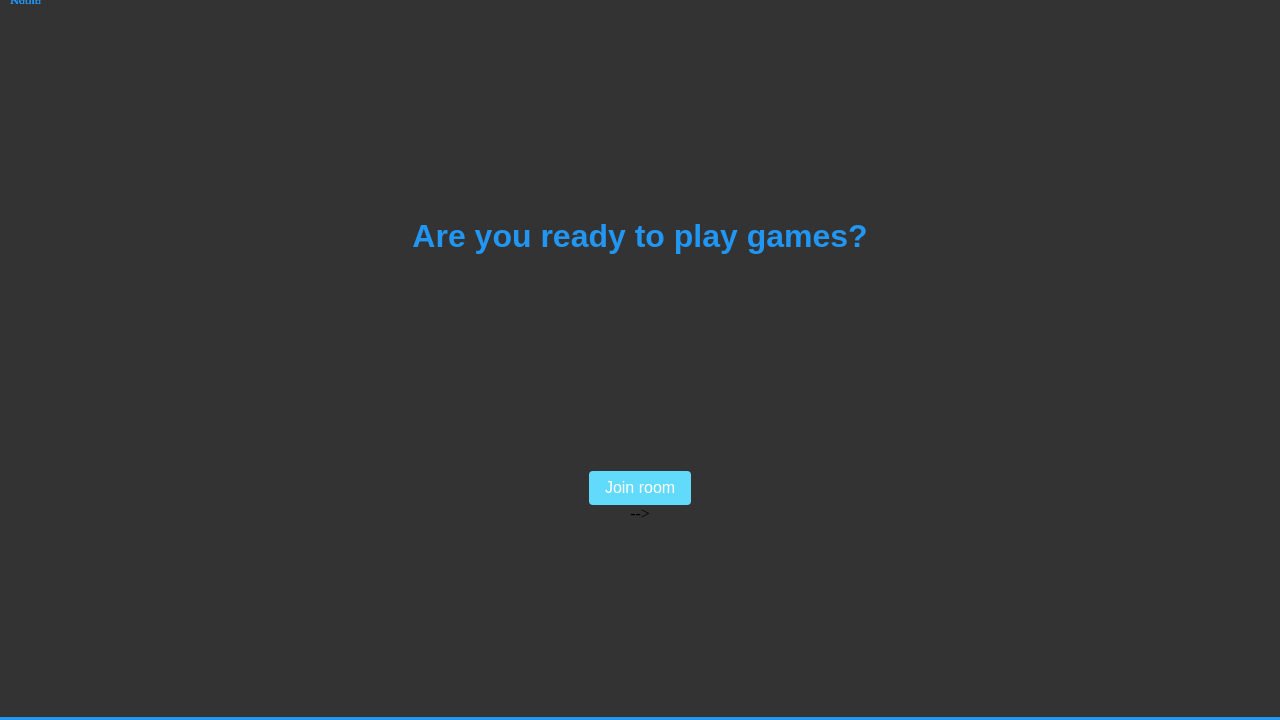
Repository: rektyyy/henhouse
Page: client/index.html
The author's editor kept a copy of each file at every save. The page is drawn from the files as they stood at one save, then again after the next save.
The browser window is 1280 px wide. The pictures show the whole page.

Above is the page before, as saved 2023-12-30 10:38:09.

### client/index.html
<!DOCTYPE html>
<html lang="en">

<head>
    <meta name="viewport" content="width=device-width, initial-scale=1.0">
    <title>Cool Start Page</title>
    <link rel="stylesheet" type="text/css" href="styles_index.css">
</head>

<body>
    <h1>Are you ready to play games?</h1>
    <div class="centered">
        <div class="group1">
            <input type="text" id="name" required>
            <label for="name">Name</label>
            <div class="bar"></div>
        </div>
    </div>


    <div class="centered">
        <div class="group2">
            <input type="text" id="room" required>
            <label for="name">Room</label>
            <div class="bar"></div>
        </div>
    </div>
    <button id="button_room" type="submit">Join room</button> -->

    <script type="text/javascript" src="index.js"></script>
</body>

</html>

### client/styles_index.css
* {
  box-sizing: border-box;
}

body {
  background: #333;
  display: flex;
  flex-direction: column;
  align-items: center;
  justify-content: center;
  min-height: 100vh;
  margin: 0;
  padding: 0;
}

h1 {
  font-family: "Arial", sans-serif;
  text-align: center;
  color: #2196f3;
  padding: 20px;
  background-color: #333;
  margin-top: 0;
  margin-bottom: 20px;
  border-radius: 5px;
}

button {
  padding: 0.5rem 1rem;
  font-size: 1rem;
  border: none;
  border-radius: 0.25rem;
  background-color: #61dafb;
  color: #fff;
  cursor: pointer;
  outline: none;
  margin-top: 20px;
}

button:hover {
  background-color: #4fa3d1;
}

.centered {
  width: 100%;
  max-width: 550px;
  margin-bottom: 20px;
}

.group {
  width: 100%;
  margin-bottom: 10px;
  position: relative;
  padding: 0 10px; /* This padding should match the left and right padding of the input */
}

label {
  color: rgba(255, 255, 255, 0.5);
  font-size: 1rem;
  position: absolute;
  left: 10px; /* This should match the padding of the input */
  top: 50%; /* Center the label vertically */
  transform: translateY(-50%); /* Offset the label by half its height to truly center it */
  transition: 0.25s ease;
}

input {
  width: calc(100% - 20px); /* Adjust width based on padding */
  padding: 20px 10px;
  border: none;
  border-radius: 5px;
  color: white;
  background: #333;
  font-size: 1rem;
  position: relative; /* Ensures the z-index is correct for focus */
}

input:focus + label,
input:not(:placeholder-shown) + label {
  top: 0;
  left: 10px;
  font-size: 0.8rem;
  color: #2196f3;
}

.bar {
  position: absolute;
  bottom: 0;
  left: 0;
  height: 3px;
  background: #2196f3;
  width: 100%;
  z-index: -1; /* Places the bar behind the input */
}

/*# sourceMappingURL=styles_index.css.map */

### client/index.js
const input_room = document.getElementById('input_room');
const button_room = document.getElementById('button_room');

// Joins room
button_room.addEventListener('click', () => {
    if (input_room.value) {
        currentRoomId = input_room.value;
        input_room.value = '';
        window.location.href = `/game.html?room=${currentRoomId}`;
    }
});

After the next save:
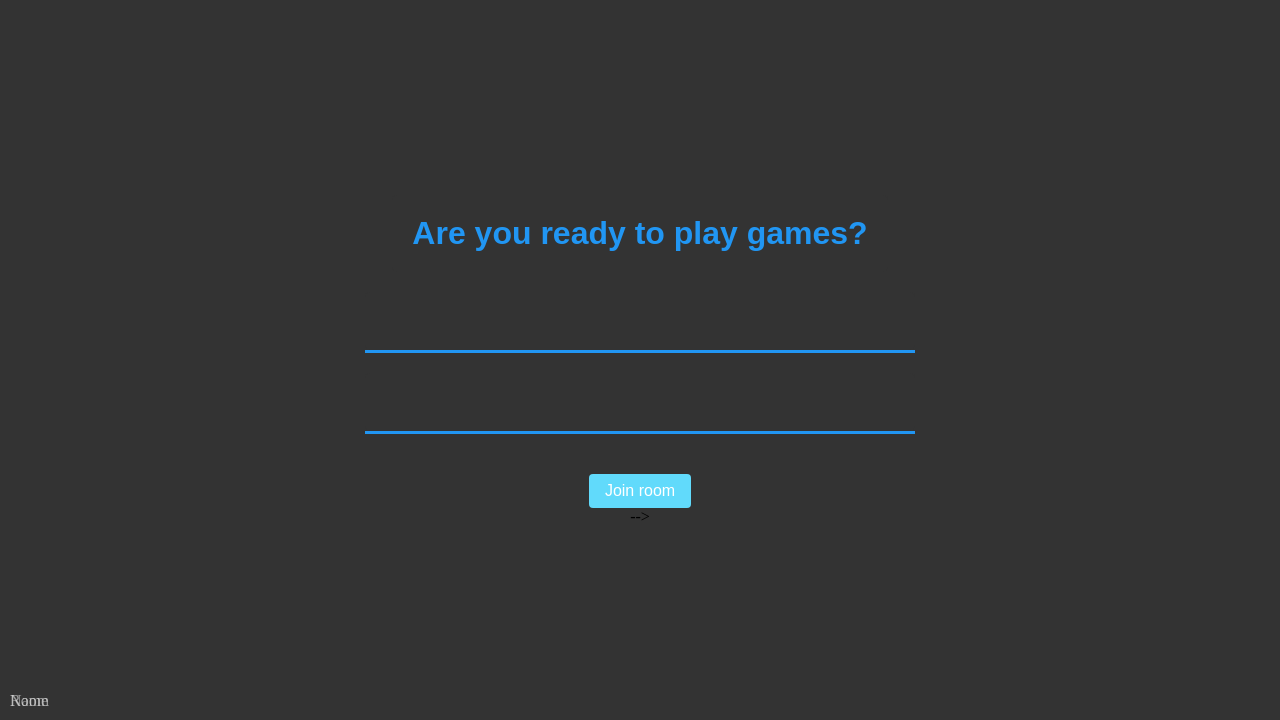
Saved 18 s later.
--- a/client/styles_index.css
+++ b/client/styles_index.css
@@ -50,46 +50,38 @@ button:hover {
   width: 100%;
   margin-bottom: 10px;
   position: relative;
-  padding: 0 10px; /* This padding should match the left and right padding of the input */
+  padding-top: 20px; /* This padding gives space for the label to move above the input */
 }
 
 label {
   color: rgba(255, 255, 255, 0.5);
   font-size: 1rem;
   position: absolute;
-  left: 10px; /* This should match the padding of the input */
-  top: 50%; /* Center the label vertically */
-  transform: translateY(-50%); /* Offset the label by half its height to truly center it */
+  left: 10px; /* Same as input padding-left */
+  bottom: 10px; /* Position the label at the bottom of the input */
+  pointer-events: none; /* Allows click events to pass through to the input */
   transition: 0.25s ease;
 }
 
 input {
-  width: calc(100% - 20px); /* Adjust width based on padding */
+  width: 100%;
   padding: 20px 10px;
   border: none;
   border-radius: 5px;
   color: white;
   background: #333;
   font-size: 1rem;
-  position: relative; /* Ensures the z-index is correct for focus */
+  margin-bottom: 5px;
 }
 
 input:focus + label,
-input:not(:placeholder-shown) + label {
-  top: 0;
-  left: 10px;
-  font-size: 0.8rem;
+input:valid + label {
+  bottom: 100%; /* Move the label to the top of the input */
   color: #2196f3;
 }
 
 .bar {
-  position: absolute;
-  bottom: 0;
-  left: 0;
   height: 3px;
   background: #2196f3;
-  width: 100%;
-  z-index: -1; /* Places the bar behind the input */
+  margin-top: -5px;
 }
-
-/*# sourceMappingURL=styles_index.css.map */
